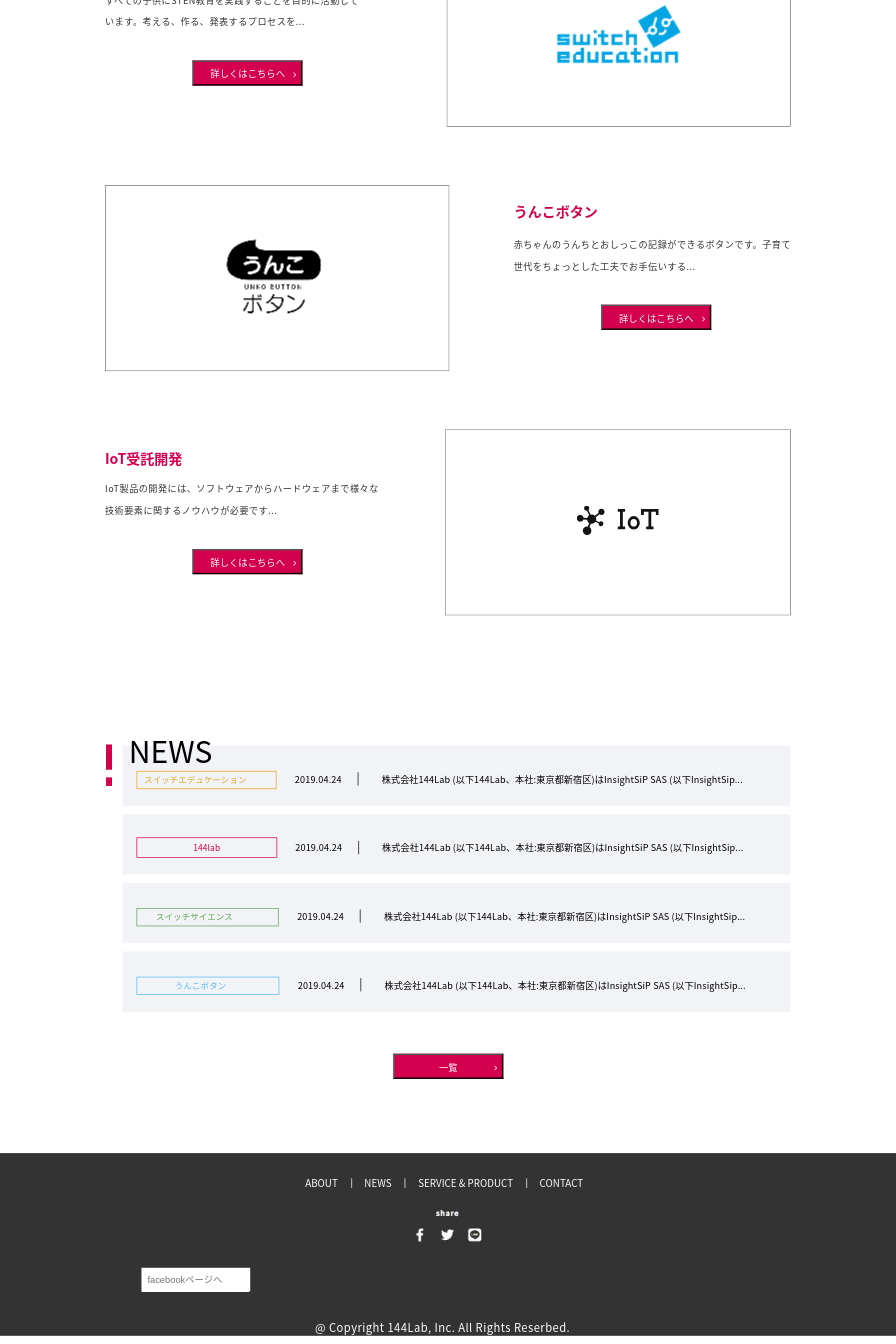
Repository: ppmp556/light-up-git
Page: index.html
These files come from the project's save history. The page is drawn as it stood at one moment and after the next save; the edit follows.
The browser window is 1280 px wide. The pictures show the part of the page from y = 2046 to 3966 px (the page is 3966 px tall), at 70% of full size.

Above is the page before, as saved 2019-12-27 21:12:41.

### index.html
<!DOCTYPE html>
<html lang="ja">
    <head>
        <meta charset="UTF-8">
        <meta name="viewport" content="width=device-width, initial-scale=1.0">
        <link rel="stylesheet" href="main.css/main.css"  type="text/css">
        <link rel="img" href="images.svg/">
        <title>模写</title>
    </head>
    <body>
        <header class="header">
                <img class="greenbox" src="images.svg/グループ 127.svg">
                <img class="small-redbox" src="images.svg/グループ 152.svg">
                <img class="redboxs" src="images.svg/グループ 148.svg">
                <img class="small-yellowbox" src="images.svg/グループ 149.svg">
                <img class="gray-boxs" src="images.svg/グループ 150.svg">
                <img class="middle-redbox" src="images.svg/グループ 151.svg">
                <img class="big-redbox" src="images.svg/グループ 153.svg">
                <img class="graybox" src="images.svg/グループ 147.svg">
                <h1><img class="nav-logo" src="images.svg/yEVqXX.svg" alt="144lab"></h1>
                <nav class="global-nav">


                        <ul class="nav-itembox">
                            <li><a href="#">ABOUT<br><span class="small">企業情報</span></a></li>
                            <li><a href="#">NEWS<br><span class="small">ニュース</span></a></li>
                            <li><a href="#">SERVICE & PRODUCT<br><span class="small">サービス&製品情報</span></a></li>
                            <li><a href="#">CONTACT<br><span class="small">お問い合わせ</span></a></li>
                        </ul>
                </nav>

                    <h1 class="site-title"><a href="#">Light Up  <br>Your <br>Science </a></h1>
                    <p class="site-title-sub">- 科学をともそう -<br>
                                                <span class="small2">イチヨンヨンラボ</span></p>

        </header>
        <main>
             <section class="about">
              <div class="about-container">
                <img class="exclamation" src="images.svg/グループ 145.svg">
                <h2 class="about-title">ABOUT</h2>
                <div class="about-box">
                                    <p class="about-text">私たちの社会は、10年前、100年前、あるいは1000年前よりも確実に進化しています。科学こそが社会を進化させ、幸せを
                                        つくり出したのだと信じています。科学は与えられるものではなく、私たち自身が開拓し、進化させていくものです。144Labは、
                                        科学に触れ、さらなる開拓と進化に参加する人々を、ちょっとだけお手伝いします。
                                    </p>
                 </div>
                 <button class="redbutton">企業情報</button>
               </div>
            </section>

            <section class="product">
                    <img class="exclamation-product" src="images.svg/グループ 145.svg">
                    <h2 class="product-title">SERVICE & PRODUCT</h2>
                    <ul class="product-wrapper">
                                <li class="product-box">
                                    <img class="product-image-switch" src="images.svg/logo-switch_science.svg">

                                    <div class="text-button">
                                    <h3 class="product-red">株式会社スイッチサイエンス</h3>
                                        <p class="product-text">
                                            最先端のテクノロジーを、より多くの人々が道具として当たり<br>
                                            前に使える世界を目指して活動しています...
                                        </p>
                                        <button class="redbutton2">詳しくはこちらへ</button>
                                    </div>
                            </li>
                                <li class="product-box">
                                    <img class="product-image-education" src="images.svg/logo-switch_education.svg">
                                    <div class="text-button">
                                        <h3 class="product-red2">株式会社スイッチエデュケーション</h3>
                                        <p class="product-text">
                                            すべての子供にSTEN教育を実践することを目的に活動して<br>
                                            います。考える、作る、発表するプロセスを...
                                        </p>
                                        <button class="redbutton2">詳しくはこちらへ</button>
                                    </div>
                                </li>
                                <li class="product-box">
                                    <img class="product-image-fit" src="images.svg/main_3648.fit-scale.svg">
                                    <div class="text-button">
                                        <h3 class="product-red">うんこボタン</h3>
                                            <p class="product-text">
                                                赤ちゃんのうんちとおしっこの記録ができるボタンです。子育て<br>
                                                世代をちょっとした工夫でお手伝いする...
                                            </p>
                                            <button class="redbutton2">詳しくはこちらへ</button>
                                    </div>
                                </li>

                                <li class="product-box">
                                    <img class="product-image-iot" src="images.svg/グループ 183.svg">
                                    <div class="text-button">
                                        <h3 class="product-red2">IoT受託開発</h3>
                                        <p class="product-text">
                                            IoT製品の開発には、ソフトウェアからハードウェアまで様々な<br>
                                            技術要素に関するノウハウが必要です...

                                        </p>
                                        <button class="redbutton2">詳しくはこちらへ</button>
                                　　　</div>
                                </li>
                    </ul>
        </section>
        <section class="news">
             <div class="news-container">

                <img class="exclamation" src="images.svg/グループ 145.svg">
                <h2 class="news-title">NEWS</h2>
                 <ul class="list">
                     <article>
                    <li class="list-item">
                        <div class="list-wrap">
                            <span class="category-education">スイッチエデュケーション</span>
                            <time class="date">2019.04.24</time>
                            <span class="category-news">株式会社144Lab (以下144Lab、本社:東京都新宿区)はInsightSiP SAS (以下InsightSip...</span>
                        </div>
                    </li>
                     </article>
                     <article>
                    <li class="list-item">
                        <div class="list-wrap">
                            <span class="category-lab">144lab</span>
                            <time class="date">2019.04.24</time>
                            <span class="category-news">株式会社144Lab (以下144Lab、本社:東京都新宿区)はInsightSiP SAS (以下InsightSip...</span>
                        </div>
                    </li>
                    </article>
                    <article>
                    <li class="list-item">
                        <div class="list-wrap">
                            <span class="category-sience">スイッチサイエンス</span>
                            <time class="date">2019.04.24</time>
                            <span class="category-news">株式会社144Lab (以下144Lab、本社:東京都新宿区)はInsightSiP SAS (以下InsightSip...</span>
                        </div>
                    </li>
                    </article>
                    <article>
                    <li class="list-item">
                        <div class="list-wrap">
                            <span class="category-fit">うんこボタン</span>
                            <time class="date">2019.04.24</time>
                            <span class="category-news">株式会社144Lab (以下144Lab、本社:東京都新宿区)はInsightSiP SAS (以下InsightSip...</span>
                        </div>
                    </li>
                    </article>
                </ul>
                <button class="redbutton3">一覧</button>
             </div>

        </section>
        </main>
        <footer class="footer">
            <nav>
                <ul class="footer-itembox">
                    <li>ABOUT</li>
                    <li>NEWS</li>
                    <li>SERVICE & PRODUCT</li>
                    <li>CONTACT</li>
                </ul>
            </nav>
              <div class="share-search">
                <img class="share-logo" src="images/logo-kamome_engineering.png">
                <img class="share-logo" src="images.svg/logo-kamome_engineering.svg">
                <input class="search-input" type="text" name="search" placeholder="  facebookページへ">
                <p class="copyright">@ Copyright 144Lab, Inc. All Rights Reserbed.</p>
            </div>
            </footer>
    </body>
</html>

### main.css/main.css
/*CSS共通*/
@charset "UTF-8";



html, body, div, span, applet, object, iframe,
h1, h2, h3, h4, h5, h6, p, blockquote, pre,
a, abbr, acronym, address, big, cite, code,
del, dfn, em, img, ins, kbd, q, s, samp,
small, strike, strong, sub, sup, tt, var,
b, u, i, center,
dl, dt, dd, ol, ul, li,
fieldset, form, label, legend,
table, caption, tbody, tfoot, thead, tr, th, td,
article, aside, canvas, details, embed,
figure, figcaption, footer, header, hgroup,
menu, nav, output, ruby, section, summary,
time, mark, audio, video,img {
	margin: 0;
	padding: 0;
	border: 0;
	font-style:normal;
	font-weight: normal;
	font-size: 100%;
	vertical-align: baseline;
}
article, aside, details, figcaption, figure,
footer, header, hgroup, menu, nav, section {
	display: block;
}
html{overflow-y: scroll;}
blockquote, q {quotes: none;}
blockquote:before, blockquote:after,q:before, q:after {content: ''; content: none;}
input, textarea {margin: 0; padding: 0;}
ol, ul{list-style:none;}
table{border-collapse: collapse; border-spacing:0;}
caption, th{text-align: left;}
a:focus {outline:none;}

body {
    color: #000000;
    background-color: #ffffff;
    font-family: "Noto Sans CJK JP";
    width: 1280px;
    margin-right: auto;
    margin-left : auto;
}

*,*::before, *::after {
    box-sizing: border-box;
}

a:link, a:visited, a:hover, a:active { /*テキストデフォルト下線外し*/
    text-decoration: none;
    color: black;
}


/*css共通ここまで*/

/*オブジェクト*/

.greenbox {
    position: absolute;
    top: -176px;
    left: 150px;
    opacity: 5;

}
.small-redbox {
    position: absolute;
    top: 255.2px;
    left: 603.2px;
}
.redboxs {
   position: absolute;
   top: 222.31px;
   left: 372.97px;

}

.small-yellowbox {
    position: absolute;
    top: 599.7px;
    left: 832.48px;
}
.gray-boxs {
    position: absolute;
    top: 124.2px;
    left: 881.85px;
}
.middle-redbox {
    position: absolute;
    top: 205.6px;
    left: 452.24px;

}
.big-redbox {
    position: absolute;
    top: 266.3px;
    left: 532.3px;
}
.graybox {
    top: 604.4px;
    left: 77.1px;
    position: absolute;
}

/*オブジェクトここまで*/

/*header*/
.header {
    position: relative;
    max-width: 1280px;
    height: 793px;
    background-color: #ffffff;
    text-align: center;
    margin: 0 150px;
}

    /*サイトタイトル*/
    .site-title {
        position: absolute;
        top: 209.5px;
        text-align: left;
        font-size: 76px;
        font-family: 'ITC Avant Garde Gothic';
        line-height: 1.14;
        letter-spacing: 0.075em;
    }
    .site-title a {
        text-decoration: none;
        color: #d4004e;
    }
    /*サイトタイトルここまで*/
    /*サイトサブタイトル*/
    .site-title-sub {
        color: #d4004e;
        position: absolute;
        font-weight: bold;
        font-size: 16px;
        line-height: 1.875;
        letter-spacing: 0.4em;

        top: 507px;
        left: 5px;
    }

    .small2 {
        font-size: 12px;
        font-weight: bold;
        letter-spacing: 0.4em;
        line-height: 2.5px;
    }
    /*サイトサブタイトルここまで*/

/*グローバルナビゲーション*/
.global-nav { /*ナビ大枠*/
    position: relative;
    top: 59px;
    width: 974.5px;
    height: 77px;
    background-color: #ffffff;
    margin: 20px;
    box-shadow: 4px 4px 1px rgba(0, 0, 0, 0.16);
    box-sizing: border-box;
}


.nav-logo { /*ナビのロゴ*/
    width: 168px;
    height: 34px;
    position: absolute;
    margin: 0;
    top: 80px;
    left: 37px;

}

.nav-itembox { /*ナビメニュー*/
    position: absolute;
    display: flex;
    width: 607px;
    height: 35px;
    top: 21px;
    left:  321px;
    padding: 0;
    margin: 0;
}

.nav-itembox li { /*ナビテキスト*/
    list-style: none;
    text-align: center;
    font-size: 14px;
    font-weight: normal;
    line-height: 1.5;
    flex-grow: 1; /*flexの余白分配比率指定*/
}

.nav-itembox  li + li:before { /*ナビの短い縦線,隣接セレクタ,疑似要素*/

    border-left: 1px solid #000000;
    position: absolute;
    display: block;
    content: "";
    top: 50%; /*縦方向に50%*/
    height: 14px;
    margin-top: -7px;

}

.small {
    font-size: 10px;


}


/*グローバルナビゲーションここまで*/

/*アバウトここから*/
.exclamation {
    position: relative;
    top: 119.6px;
    width: 9px;
    height: 60.41px;
}

.about {
    width: 1280px;
    height: 558px;
    position: relative;
    margin-bottom: 118.6px;


}

.about-container {
    top: 107.1px;
    right: 151px;
    width: 977.95px;
    height: 332.28px;
    position: absolute;
}

.about-box {
    position: relative;
    left: 24px;
    width: 953.95px;
    height: 282.5px;
    padding: 66px 55px 62.5px 66px;
    background-color: #f2f3f7;
    z-index: -1;

}

.about-title {
    position: relative;
    font-size: 43px;
    line-height: 1.3;
    width: 137px;
    height: 57px;
    top: 36px;
    margin-left: 23.9px;
}

/*
.about-title::before {
    width: 9px;
    height: 60.41px;
    content: "! ";
    color: #D4004E;
    position: absolute;
    left: -23.9px;

}
*/
.about-text {
    text-align: left;
    background-color: #f2f3f7;
    font-size: 17px;
    letter-spacing: 0.02em;
    line-height: 2.35;
    width: 833px;
    height: 154px;
}

button {
    background-color: #D4004E;
    color: #ffffff;
    font-family: "Noto Sans CJK JP";
}

.redbutton { /*赤ボタン大枠*/
    position: relative;
    font-size: 13px bold;

    justify-content: center;
    align-items: center;

    line-height: 1.3;
    left: 410.82px;
    width: 157.12px;
    height: 35.8px;
    display: inline-block;

    top: -17.9px;

}
.redbutton::before { /*疑似要素*/
    content: '';
    width: 5.31px;
    height: 5.31px;
    border-top: solid 1px #ffffff;
    border-right: solid 1px #ffffff;
    transform: rotate(45deg);/*rotateで要素回転指定,角度deg: 45°*/
    position: absolute;
    top: 50%;
    left: 139.9px;
}

/*アバウトここまで*/

/*プロダクトここから*/

.exclamation-product {
    position: relative;
    top: 83.8px;
    width: 9px;
    height: 60.41px;

}

.product { /*プロダクト大枠*/
    position: relative;
    width: 980px;
    height: 1426.28px;
    left: 150px;
    bottom: 50px;

}


.product-title { /*プロダクトタイトル*/
    position: relative;
    font-size: 43px;
    line-height: 1.3;

    left: 32.95px;

}

/*
.product-title::before {
    width: 9px;
    height: 60.41px;
    content: "! ";
    color: #D4004E;
    position: absolute;
    left: -23.9px;

}
*/

.product-wrapper {
    list-style: none;
    margin-top: 60px;

}

.product-box {
    display: flex;
    justify-content: space-between;

}


li.product-box:nth-child(even) {
    flex-direction: row-reverse;
}
/*スイッチサイエンス*/
.product-image-switch {
    border: 1px solid #707070;
    background-color: #ffffff;
    padding: 74px 106px 75.6px 117px;
    margin-bottom: 74px;
    z-index: 2;
}


/*スイッチエデュケーション*/
.product-image-education {
    border: 1px solid #707070;
    background-color: #ffffff;
    margin-bottom: 83px;
    padding: 72px 105px;
    z-index: 2;
}
/*うんこボタン*/
.product-image-fit {
    border: 1px solid #707070;
    background-color: #ffffff;
    margin-bottom: 83px;
    padding: 74px 106px 75.6px 117px;
}
/*IoT受託開発*/
.product-image-iot {
    border: 1px solid #707070;
    background-color: #ffffff;
    padding: 108.1px 188.4px 114.1px 187.3px;

}

/*プロダクト会社名*/
.product-red {
    position: relative;
    color: #D4004E;
    font-size: 20px;
    font-weight: bold;
    flex-direction: column;
    top: 23px;


}
.product-red2 {
    position: relative;
    color: #D4004E;
    font-size: 20px;
    font-weight: bold;
    flex-direction: column;
    top: 26px;


}


.product-text {
    color: #333333;
    font-size: 13px;
    letter-spacing: 0.055em;
    line-height: 2.38;
    margin-top: 41px;
    text-align: left;
}


.redbutton2 { /*product用赤ボタン大枠*/
    position: relative;
    font-size: 13px bold;
    display: inline-block;
    align-items: center;

    line-height: 1.3;
    left: 125.3px;
    width: 157.12px;
    height: 35.8px;

    top: 39.6px;
    margin-top: auto;

}

.redbutton2::before { /*疑似要素*/
    content: '';
    width: 5.31px;
    height: 5.31px;
    border-top: solid 1px #ffffff;
    border-right: solid 1px #ffffff;
    transform: rotate(45deg);/*rotateで要素回転指定,角度deg: 45°*/
    position: absolute;
    top: 50%;
    left: 139.9px;
}


/*プロダクトここまで*/
/*newsここから*/
.news { /*news大枠*/
    position: relative;
    width: 978px;
    height: 499.28px;
    left: 151px;
    top: 73.6px;
    margin-bottom: 181px;

}

.news-title { /*newsタイトル*/
    position: relative;
    font-size: 43px;
    line-height: 1.3;
    top: 35px;
    left: 32.95px;
}

/*
.news-title::before {
    width: 9px;
    height: 60.41px;
    content: "! ";
    color: #D4004E;
    position: absolute;
    left: -23.9px;

}
*/

.list{ /*履歴大枠*/
    border: #707070;
    list-style: none;
    position: relative;
    left: 24px;
    z-index: -1;

}



.list-item {
    height: 86px;
    width: 954px;
    margin-bottom: 12px;
    background: #f2f3f7;
    display: flex;

}


.list-wrap {
    position: relative;
    top: 33px;
    left: 20px;
    font-size: 13px;
    letter-spacing: 0.015em;
    line-height: 2.38;
    flex-grow: 1;
}


.date {
    padding-left: 23px;
    padding-right: 22.9px;
    border-right: 1px solid #000000;
}

.category-news {
    padding-left: 30.1px;
}


span.category-education {
    border: 1px solid #e5a31c;
    padding: 5px 42px 5px 10px;
    color: #e5a31c;
    font-size: 12px;
    font-family: "ITC Avant Garde Gothic";

}
span.category-lab {
    border: 1px solid #d4004e;
    padding: 5px 80px 5px 80px;
    color: #d4004e;
    font-size: 12px;
    font-family: "Noto Sans CJK JP";

}
span.category-sience {
    border: 1px solid #5fa153;
    padding: 5px 65px 5px 27px;
    color: #5fa153;
    font-size: 12px;
    font-family: "ITC Avant Garde Gothic";
}
span.category-fit {
    border: 1px solid #50bbf4;
    padding: 5px 75px 5px 54px;
    color: #50bbf4;
    font-size: 12px;
    font-family: "ITC Avant Garde Gothic";
}



.redbutton3 { /*news用ボタン*/
    position: relative;
    font-size: 13px bold;
    display: inline-block;
    align-items: center;

    line-height: 1.3;
    width: 157.12px;
    height: 35.8px;

    margin-top: 48.6px;
    left: 410.8px;



}

.redbutton3::before { /*疑似要素*/
    content: '';
    width: 5.31px;
    height: 5.31px;
    border-top: solid 1px #ffffff;
    border-right: solid 1px #ffffff;
    transform: rotate(45deg);/*rotateで要素回転指定,角度deg: 45°*/
    position: absolute;
    top: 50%;
    left: 139.9px;
}


/*newsここまで*/


/*footerここから*/
.footer {
    position: relative;
    width: 100%;
    height: 261px;
    background-color: #333333;
    top: 96.6px;
    bottom: 0;
}



.footer-itembox { /*フッターナビメニュー*/
    position: relative;
    display: flex;
    left:0;
    top: 32.9px;
    color: #ffffff;
    box-sizing: border-box;
    width: 435px;
    left: 417px;
}

.footer-itembox li { /*フッターナビテキスト*/
    list-style: none;
    text-align: center;
    font-size: 14px;
    font-weight: normal;
    line-height: 1.5;
    flex-grow: 1; /*flexの余白分配比率指定*/
}

.footer-itembox  li + li:before { /*フッターナビの短い縦線,隣接セレクタ,疑似要素*/

    border-left: 1px solid #ffffff;
    position: absolute;
    display: block;
    content: "";
    top: 50%; /*縦方向に50%*/
    height: 14px;
    margin-top: -7px;

}

.share-search {
    position: relative;

}
.share-logo {
    position: relative;
    top: 50.9px;
    left: 592px;
}

.search-input {
    position: relative;
    width: 157.12px;
    height: 35.8px;
    top: 102.9px;
    left: center;
}




.copyright { /*コピーライト*/
    font-size: 9px bold;
    color: #ffffff;
    line-height: 3.1;
    letter-spacing: 0.040em;
    position: absolute;
    top: 170.9px;
    left: 450px;
    margin-top: 32.2px;
    margin-bottom: 28.9px;

}

/*footerここまで*/

After the next save:
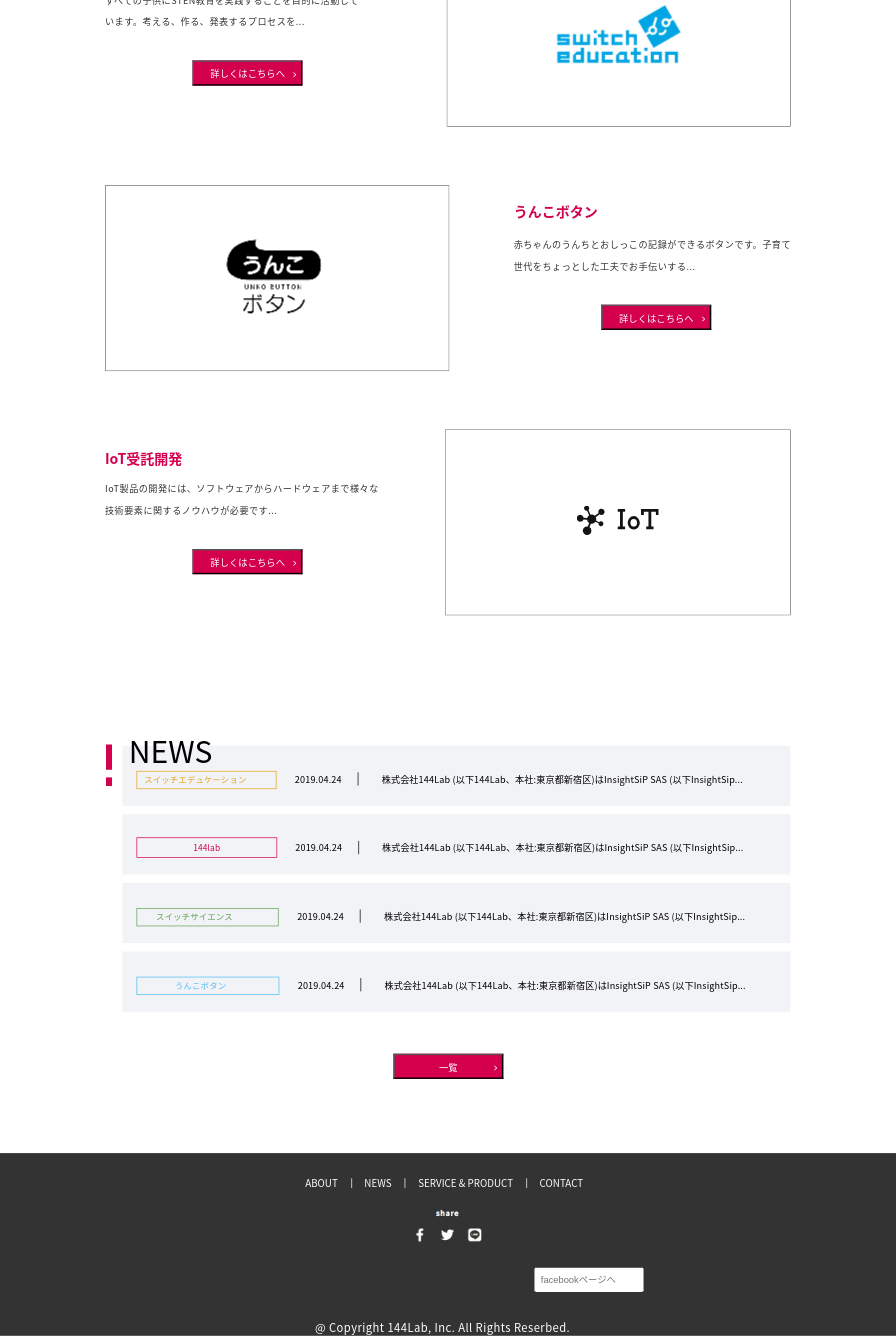
Saved 38 s later.
--- a/main.css/main.css
+++ b/main.css/main.css
@@ -673,7 +673,8 @@
     width: 157.12px;
     height: 35.8px;
     top: 102.9px;
-    left: center;
+    left: 562px;
+
 }
 
 
